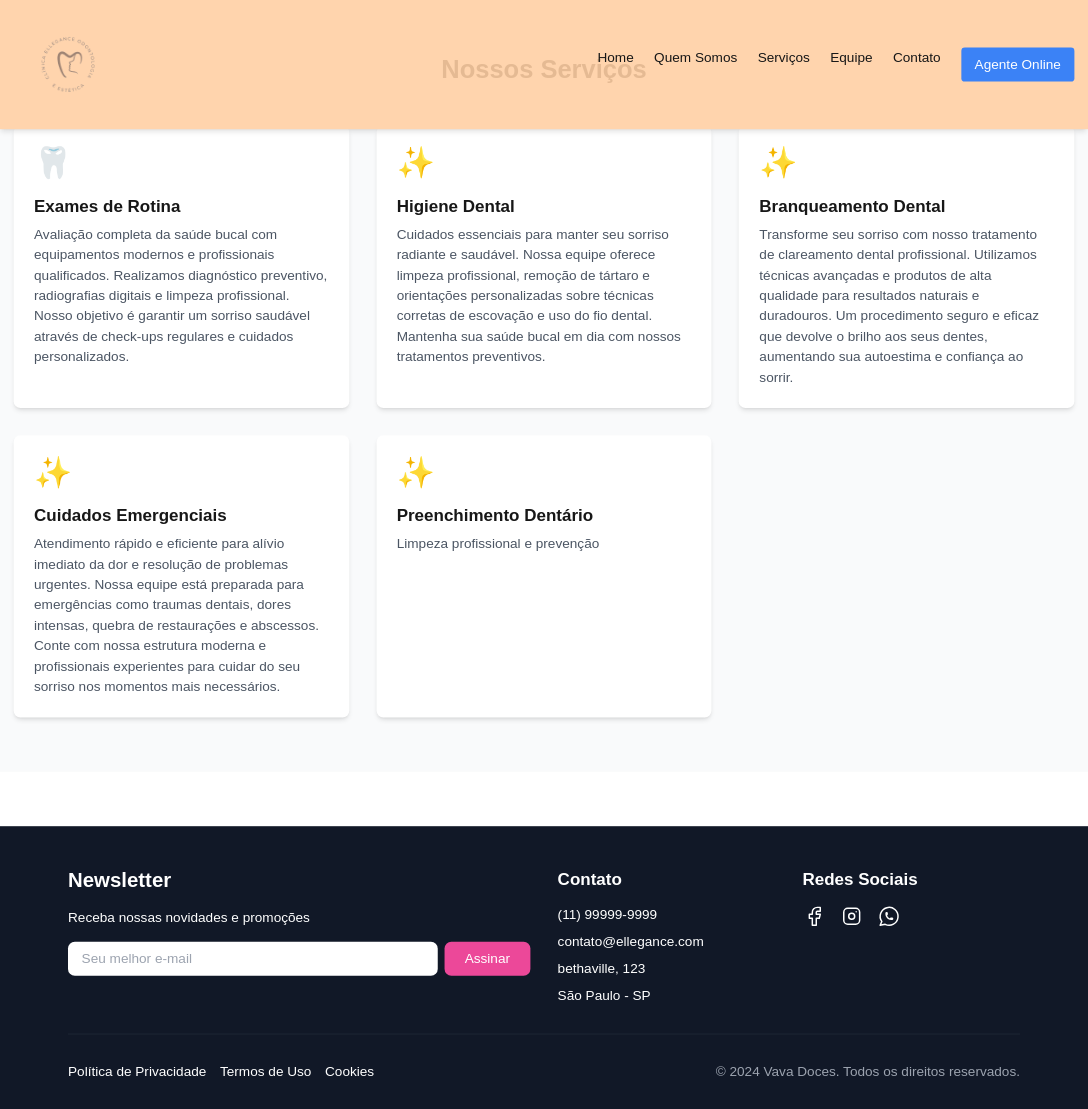
Repository: francisguitt/ellegance_odontologia
Page: /services_
An editor plug-in stored every save of this project. The page is shown before and after the next save, followed by the edit.
The browser window is 1280 px wide. The pictures show the whole page, at 85% of full size.
The project was rebuilt for these pictures with package versions that can differ from the ones it lists, and the page was loaded fresh each time. The framework's server and built-in components were replaced by stand-ins that run in the browser. Also part of the build but not shown: next.config.mjs.

Above is the page before, as saved 2025-02-22 12:45:44.

### src/app/layout.tsx
import type { Metadata } from "next";
import localFont from "next/font/local";
import "./globals.css";
import Header from "@/app/components/header";
import Footer from "@/app/components/footer";

const geistSans = localFont({
  src: "./fonts/GeistVF.woff",
  variable: "--font-geist-sans",
  weight: "100 900",
});
const geistMono = localFont({
  src: "./fonts/GeistMonoVF.woff",
  variable: "--font-geist-mono",
  weight: "100 900",
});

export const metadata: Metadata = {
  title: "Create Next App",
  description: "Generated by create next app",
};

export default function RootLayout({
  children,
}: Readonly<{
  children: React.ReactNode;
}>) {
  return (
    <html lang="en">
      <body
        className={`${geistSans.variable} ${geistMono.variable} antialiased`}
      >
      <Header/>
        {children}
        <Footer/>
      </body>
    </html>
  );
}

### src/app/services_/page.tsx
const Services = () => {
    const services = [
      {
        title: 'Exames de Rotina',
        description: 'Avaliação completa da saúde bucal com equipamentos modernos e profissionais qualificados. Realizamos diagnóstico preventivo, radiografias digitais e limpeza profissional. Nosso objetivo é garantir um sorriso saudável através de check-ups regulares e cuidados personalizados.',
        icon: '🦷'
      },
      {
        title: 'Higiene Dental',
        description: 'Cuidados essenciais para manter seu sorriso radiante e saudável. Nossa equipe oferece limpeza profissional, remoção de tártaro e orientações personalizadas sobre técnicas corretas de escovação e uso do fio dental. Mantenha sua saúde bucal em dia com nossos tratamentos preventivos.',
        icon: '✨'
      },
      {
        title: 'Branqueamento Dental',
        description: 'Transforme seu sorriso com nosso tratamento de clareamento dental profissional. Utilizamos técnicas avançadas e produtos de alta qualidade para resultados naturais e duradouros. Um procedimento seguro e eficaz que devolve o brilho aos seus dentes, aumentando sua autoestima e confiança ao sorrir.',
        icon: '✨'
      },
      {
        title: 'Cuidados Emergenciais',
        description: 'Atendimento rápido e eficiente para alívio imediato da dor e resolução de problemas urgentes. Nossa equipe está preparada para emergências como traumas dentais, dores intensas, quebra de restaurações e abscessos. Conte com nossa estrutura moderna e profissionais experientes para cuidar do seu sorriso nos momentos mais necessários.',
        icon: '✨'
      },
      {
        title: 'Preenchimento Dentário',
        description: 'Limpeza profissional e prevenção',
        icon: '✨'
      },
    ];

    return (
      <section id="services" className="py-16 bg-gray-50">
        <div className="container mx-auto px-4">
          <h2 className="text-3xl font-bold text-center mb-12">Nossos Serviços</h2>
          <div className="grid grid-cols-1 md:grid-cols-3 gap-8">
            {services.map((service, index) => (
              <div key={index} className="bg-white p-6 rounded-lg shadow-md">
                <div className="text-4xl mb-4">{service.icon}</div>
                <h3 className="text-xl font-semibold mb-2">{service.title}</h3>
                <p className="text-gray-600">{service.description}</p>
              </div>
            ))}
          </div>
        </div>
      </section>
    );
  };

  export default Services;

### src/app/globals.css
@tailwind base;
@tailwind components;
@tailwind utilities;

:root {
  --primary-color:#ffcfa3e3;
  --secundary-color: #ffd079;
  --foreground: #171717;
}

@media (prefers-color-scheme: dark) {
  :root {

  }

  }


body {
  color: var(--foreground);
  background: var(--background);
  font-family: Arial, Helvetica, sans-serif;
}

@layer utilities {
  .text-balance {
    text-wrap: balance;
  }
}

### src/app/components/header.tsx


"use client";
import { useState } from 'react';
import { Link } from 'react-scroll';
import Image from 'next/image';
import logo from "@/images/logo_odonto.png";
import { IconMenu2, IconX } from '@tabler/icons-react';

const Header = () => {
  const [isMenuOpen, setIsMenuOpen] = useState(false);

  const toggleMenu = () => {
    setIsMenuOpen(!isMenuOpen);
  };

  const menuItems = [
    { to: "home", label: "Home" },
    { to: "about", label: "Quem Somos" },
    { to: "services", label: "Serviços" },
    { to: "team", label: "Equipe" },
    { to: "contact", label: "Contato" },
  ];

  return (
    <header className="fixed w-full  shadow-md z-50 bg-[var(--primary-color)]">
      <div className="container mx-auto px-4 py-3 flex justify-between items-center text-center">
        <div className="logo">
          <Image
            src={logo}
            alt="Ellegance Dental"
            className="w-32 h-32 text-color-white"
          />
        </div>

        {/* Desktop Navigation */}
        <nav className="hidden md:flex space-x-6">
          {menuItems.map((item) => (
            <Link
              key={item.to}
              to={item.to}
              smooth={true}
              className="cursor-pointer hover:text-blue-500 transition-colors"
            >
              {item.label}
            </Link>
          ))}
          <button className="bg-blue-500 text-white px-4 py-2 rounded hover:bg-blue-600 transition-colors">
            Agente Online
          </button>
        </nav>

        {/* Mobile Menu Button */}
        <button
          onClick={toggleMenu}
          className="md:hidden text-gray-600 hover:text-blue-500 transition-colors"
        >
          {isMenuOpen ? <IconX size={24} /> : <IconMenu2 size={24} />}
        </button>
      </div>

      {/* Mobile Navigation */}
      <nav className={`
        md:hidden bg-white
        transition-all duration-300 ease-in-out
        ${isMenuOpen ? 'max-h-96 opacity-100' : 'max-h-0 opacity-0'}
        overflow-hidden
      `}>
        <div className="container mx-auto px-4 py-2 flex flex-col space-y-4">
          {menuItems.map((item) => (
            <Link
              key={item.to}
              to={item.to}
              smooth={true}
              className="cursor-pointer hover:text-blue-500 transition-colors py-2"
              onClick={() => setIsMenuOpen(false)}
            >
              {item.label}
            </Link>
          ))}
          <button className="bg-blue-500 text-white px-4 py-2 rounded hover:bg-blue-600 transition-colors w-full">
            Agente Online
          </button>
        </div>
      </nav>
    </header>
  );
};

export default Header;

### src/app/components/footer.tsx
'use client'
import { useState } from 'react'
import {
  IconBrandFacebook,
  IconBrandInstagram,
  IconBrandWhatsapp,
  IconMail
} from '@tabler/icons-react'

function Footer() {
  const [email, setEmail] = useState('')

  const handleSubmit = (e: React.FormEvent) => {
    e.preventDefault()
    setEmail('')
  }

  return (
    <footer className="bg-gray-900 text-white pt-12 mt-16">
      <div className="max-w-6xl mx-auto px-4">
        <div className="grid grid-cols-1 md:grid-cols-4 gap-8 pb-8">
          <div className="col-span-1 md:col-span-2">
            <h3 className="text-2xl font-bold mb-4">Newsletter</h3>
            <p className="mb-4">Receba nossas novidades e promoções</p>
            <form onSubmit={handleSubmit} className="flex gap-2">
              <input
                type="email"
                value={email}
                onChange={(e) => setEmail(e.target.value)}
                placeholder="Seu melhor e-mail"
                className="flex-1 px-4 py-2 rounded-lg text-gray-900"
                required
              />
              <button
                type="submit"
                className="bg-pink-500 px-6 py-2 rounded-lg hover:bg-pink-600 transition"
              >
                Assinar
              </button>
            </form>
          </div>

          <div>
            <h3 className="text-xl font-bold mb-4">Contato</h3>
            <ul className="space-y-2">
              <li>
                <a href="tel:+5511999999999" className="hover:text-pink-400">
                  (11) 99999-9999
                </a>
              </li>
              <li>
                <a href="mailto:contato@elleganceodontologia.com" className="hover:text-pink-400">
                  contato@ellegance.com
                </a>
              </li>
              <li>bethaville, 123</li>
              <li>São Paulo - SP</li>
            </ul>
          </div>

          <div>
            <h3 className="text-xl font-bold mb-4">Redes Sociais</h3>
            <div className="flex gap-4">
              <a href="https://facebook.com" target="_blank" rel="noopener noreferrer"
                className="hover:text-pink-400 transition">
                <IconBrandFacebook size={28} stroke={1.5} />
              </a>
              <a href="https://instagram.com" target="_blank" rel="noopener noreferrer"
                className="hover:text-pink-400 transition">
                <IconBrandInstagram size={28} stroke={1.5} />
              </a>
              <a href="https://wa.me/5511999999999" target="_blank" rel="noopener noreferrer"
                className="hover:text-pink-400 transition">
                <IconBrandWhatsapp size={28} stroke={1.5} />
              </a>
            </div>
          </div>
        </div>

        <div className="border-t border-gray-800 py-8">
          <div className="flex flex-col md:flex-row justify-between items-center">
            <div className="flex gap-4 mb-4 md:mb-0">
              <a href="/politica-privacidade" className="hover:text-pink-400 transition">
                Política de Privacidade
              </a>
              <a href="/termos-uso" className="hover:text-pink-400 transition">
                Termos de Uso
              </a>
              <a href="/cookies" className="hover:text-pink-400 transition">
                Cookies
              </a>
            </div>
            <p className="text-gray-400">
              © {new Date().getFullYear()} Vava Doces. Todos os direitos reservados.
            </p>
          </div>
        </div>
      </div>
    </footer>
  )
}
export default Footer;

Loaded but not shown: tailwind.config.ts (common file)

After the next save:
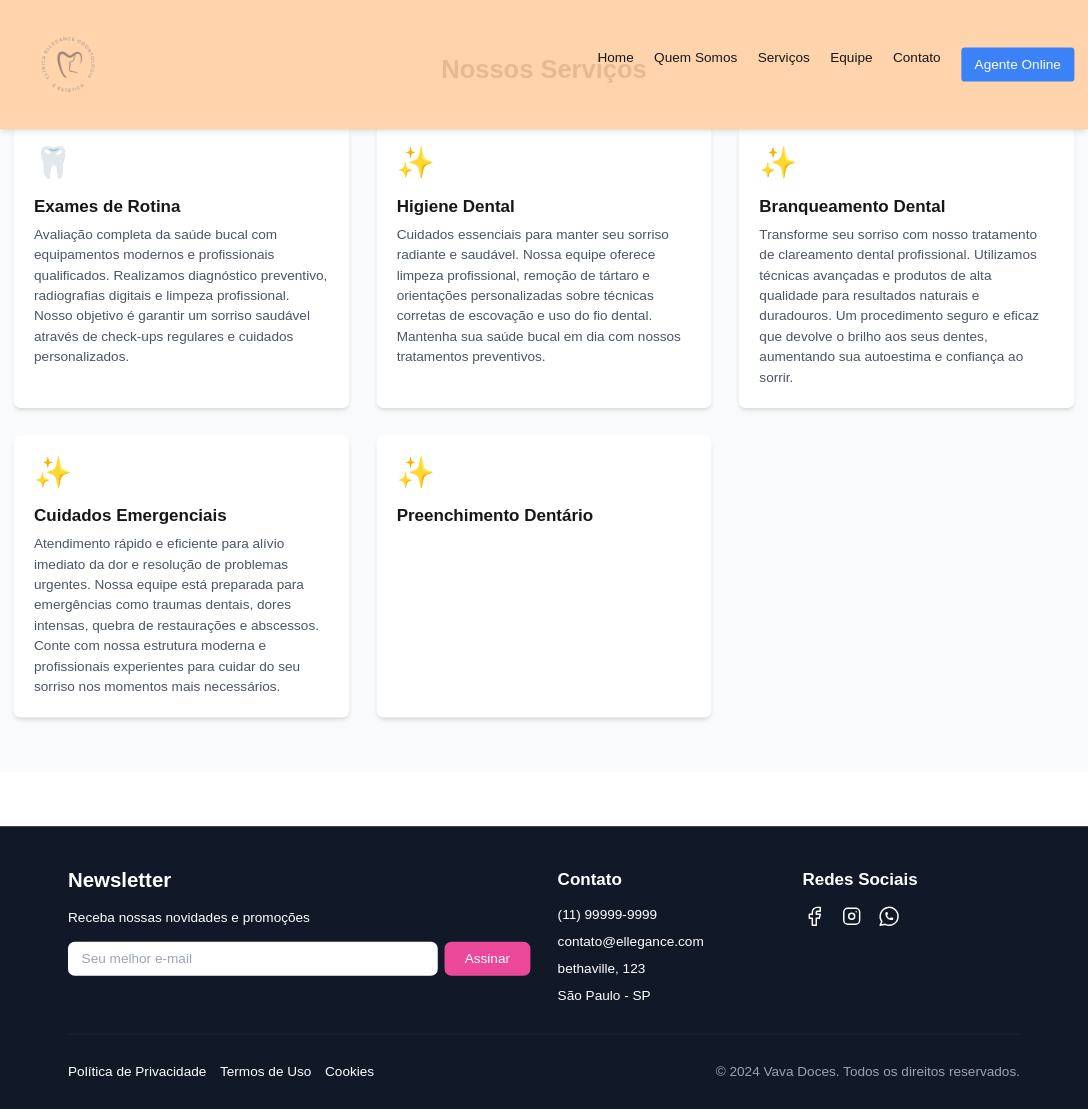
Saved 4 s later.
--- a/src/app/services_/page.tsx
+++ b/src/app/services_/page.tsx
@@ -22,7 +22,7 @@ const Services = () => {
       },
       {
         title: 'Preenchimento Dentário',
-        description: 'Limpeza profissional e prevenção',
+        description: '',
         icon: '✨'
       },
     ];
